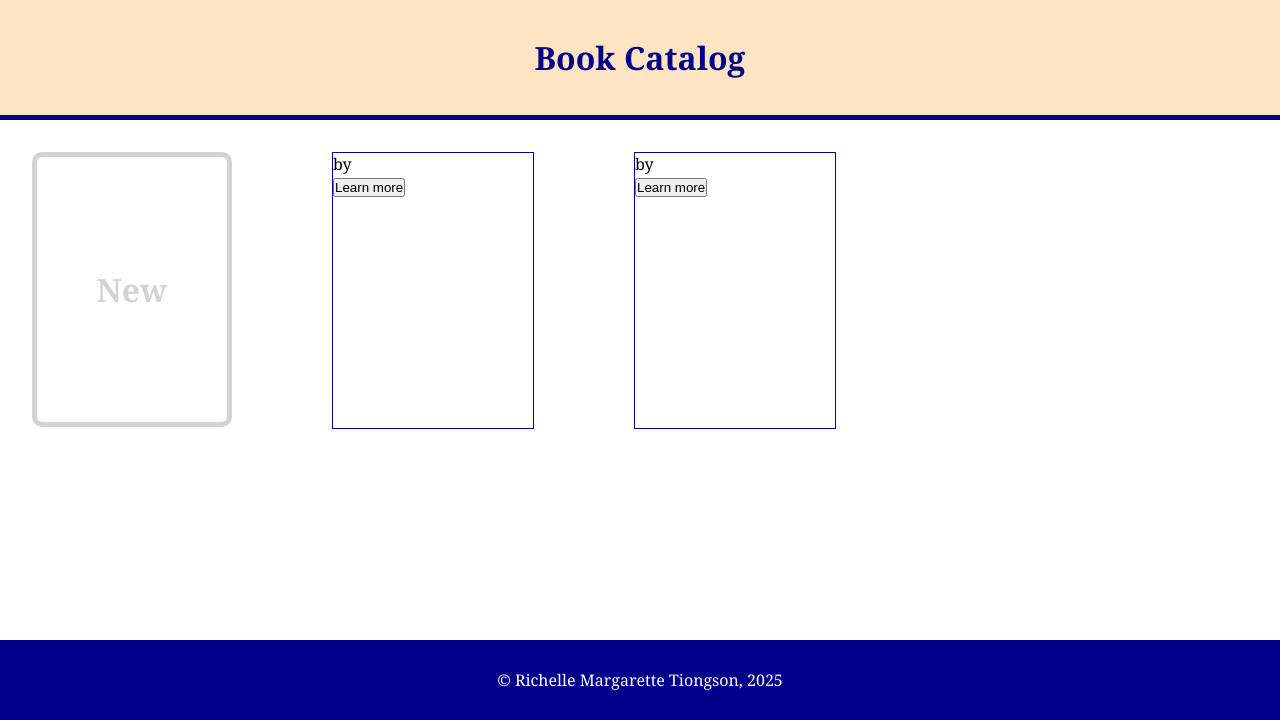
Repository: richelletiongson/comp3170_lab01
Page: /
These files come from the project's save history. The page is drawn as it stood at one moment and after the next save; the edit follows.
The browser window is 1280 px wide. The pictures show the whole page.
The project was rebuilt for these pictures with package versions that can differ from the ones it lists, and the page was loaded fresh each time. Also part of the build but not shown: vite.config.js.

Above is the page before, as saved 2025-09-14 00:20:25.

### index.html
<!doctype html>
<html lang="en">
  <head>
    <meta charset="UTF-8" />
    <link rel="stylesheet" href="src/index.css"/>
    <meta name="viewport" content="width=device-width, initial-scale=1.0" />
    <title>Book Catalog</title>
  </head>
  <body>
    <div id="root"></div>
    <script type="module" src="/src/main.jsx"></script>
  </body>
</html>

### src/index.css
* {
  margin: 0;
  padding: 0;
}

body {
  font-family: 'Georgia', 'Times New Roman', serif;
  height: 100vh;
  display: flex;
  flex-direction: column;
}

.app {
  display: flex;
  flex-direction: column;
  min-height: 100vh;
}

.header {
  background-color: bisque;
  height: 115px;
  display: flex;
  align-items: center;
  justify-content: center;
  border-bottom: 5px solid darkblue;
}

.header-title {
  color: darkblue;
  font-size: 32px;
  font-weight: bold;
  text-align: center;
  margin: 0;
}

.book {
  border: solid 1px darkblue;
  height:275px;
  width:200px;
}

.new {
  border: solid 5px lightgray;
  border-radius: 10px;
  height:275px;
  width:200px;
  font-family: 'Georgia', 'Times New Roman', serif;
  background-color: #FFFFFF;
  color: lightgray;
  font-size: 32px;
  font-weight: bold;
}

.main-content {
  flex: 1;
  background-color: #FFFFFF;
  padding: 2rem;
}

.content {
  display: flex;
  flex-direction: row;
  justify-content:flex-start;
  gap: 100px;
}

.footer {
  background-color: darkblue;
  height: 80px;
  display: flex;
  align-items: center;
  justify-content: center;
}

.footer-text {
  color: #FFFFFF;
  font-size: 1rem;
  margin: 0;
  text-align: center;
}

### src/App.jsx

import './index.css'
import Book from './Book'

function App() {
  return (
    <div className="app">
      <header className="header">
        <h1 className="header-title">Book Catalog</h1>
      </header>

      <main className="main-content">
        <div className="content">
          <button className="new">New</button>
          <Book/>
          <Book/>
        </div>
      </main>

      <footer className="footer">
        <p className="footer-text">© Richelle Margarette Tiongson, 2025</p>
      </footer>
    </div>
  )
}

export default App

### src/Book.jsx
import './index.css'

function Book(props) {
    return (
        <div className="book">
            <image src={props.image}></image>
            <div>
                <p>by</p>
                <p>{props.author}</p>
            </div>
            <button>Learn more</button>
        </div>
    );
}

export default Book;

Loaded but not shown: src/main.jsx (common file)

After the next save:
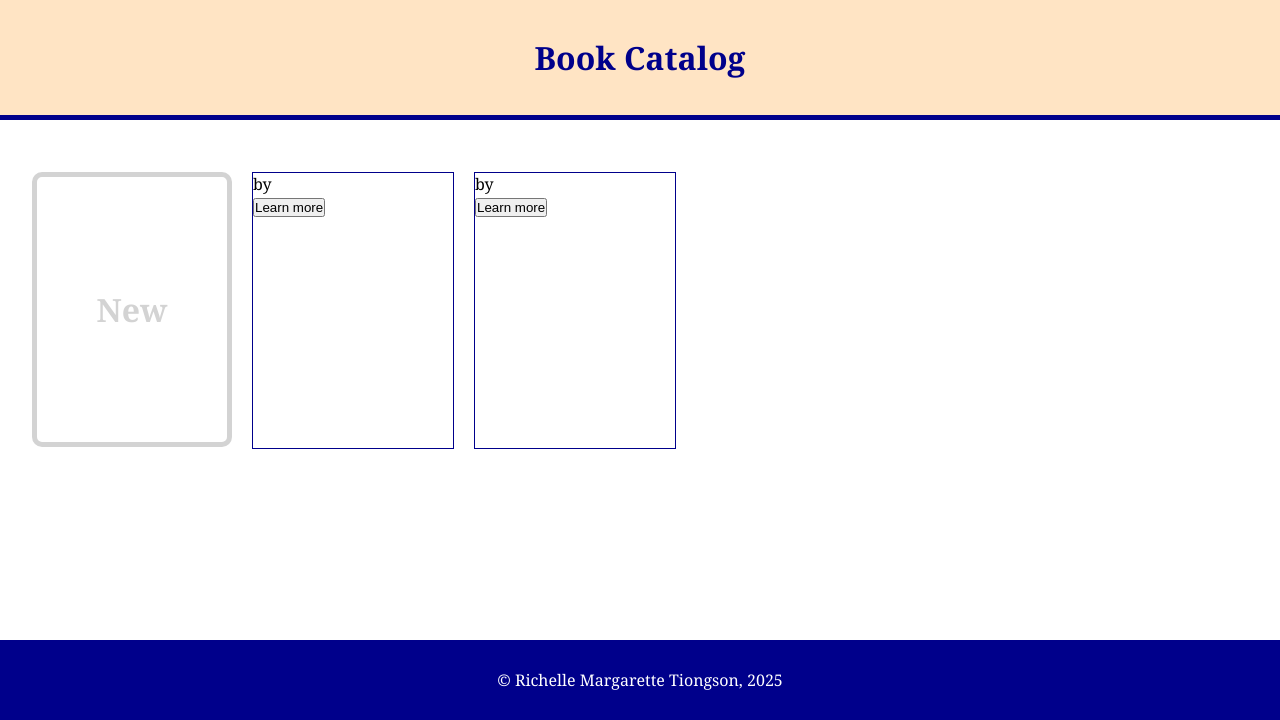
Saved 24 s later.
--- a/src/index.css
+++ b/src/index.css
@@ -61,7 +61,8 @@ body {
   display: flex;
   flex-direction: row;
   justify-content:flex-start;
-  gap: 100px;
+  margin-top: 20px;
+  gap: 20px;
 }
 
 .footer {
